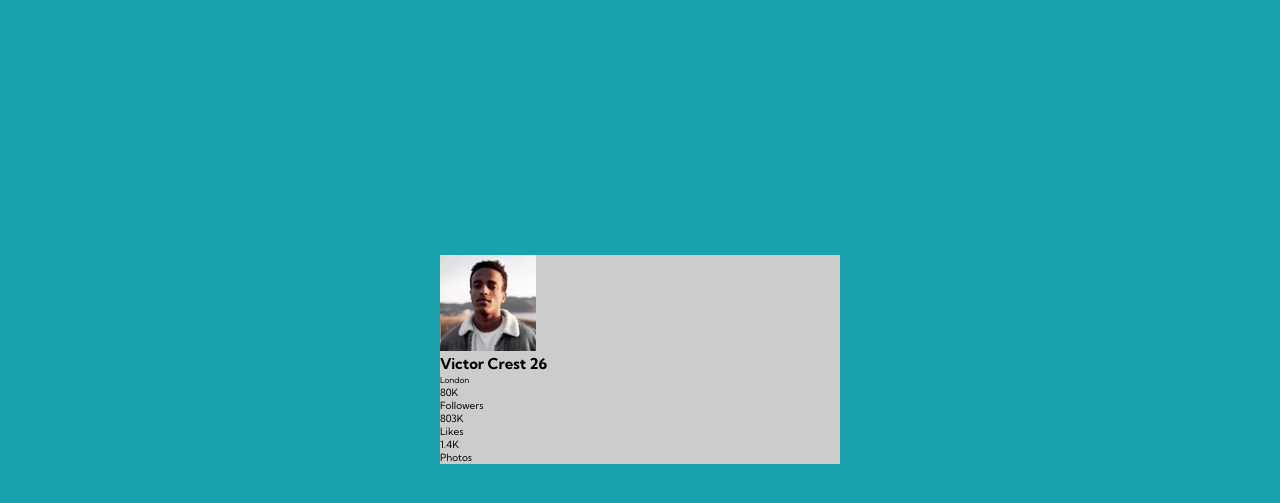
Repository: thaibaocoder1/profile-card-component-main
Page: index.html
An editor plug-in stored every save of this project. The page is shown before and after the next save, followed by the edit.
The browser window is 1280 px wide. The pictures show the whole page.

Above is the page before, as saved 2023-01-11 13:28:02.

### index.html
<!DOCTYPE html>
<html lang="en">
<head>
  <meta charset="UTF-8">
  <meta name="viewport" content="width=device-width, initial-scale=1.0">
  <link rel="icon" type="image/png" sizes="32x32" href="./images/favicon-32x32.png">
  <title>Frontend Mentor | Profile card component</title>
  <link rel="stylesheet" href="./style.css">
  <!-- Feel free to remove these styles or customise in your own stylesheet 👍 -->
  <style>
    .attribution { font-size: 11px; text-align: center; }
    .attribution a { color: hsl(228, 45%, 44%); }
  </style>
</head>
<body>
  <main class="card">
    <section class="card__top">
      <img src="./images/image-victor.jpg" alt="">
    </section>
    <section class="card__bottom">
      <h1 class="card__bottom--heading">Victor Crest <span>26</span></h1>
      <small class="card__bottom--address">London</small>
      <hr>
      <div class="card__bottom--socials">
        <div class="card__bottom--item">
          <p>80K</p>
          <span>Followers</span>
        </div>
        <div class="card__bottom--item">
          <p>803K</p>
          <span>Likes</span>
        </div>
        <div class="card__bottom--item">
          <p>1.4K</p>
          <span>Photos</span>
        </div>
      </div>
    </section>
  </main>
  <!-- <div class="attribution">
    Challenge by <a href="https://www.frontendmentor.io?ref=challenge" target="_blank">Frontend Mentor</a>.
    Coded by <a href="#">Your Name Here</a>.
  </div> -->
</body>
</html>

### style.css
@import url('https://fonts.googleapis.com/css2?family=Kumbh+Sans:wght@400;700&display=swap');
* {
    margin: 0;
    padding: 0;
    box-sizing: border-box;
    border: none;
    outline: none;
}
html {
    font-size: 62.5%;
}
body {
    text-rendering: optimizeLegibility;
    scroll-behavior: smooth;
    font-family: 'Kumbh Sans', sans-serif;
    display: flex;
    align-items: center;
    justify-content: center;
    background-color: var(--dark-cyan);
    height: calc(100vh - 1px)
}
:root {
    --dark-cyan: hsl(185, 75%, 39%);
    --very-dark-blue: hsl(229, 23%, 23%);
    --dark-blue: hsl(227, 10%, 46%);
    --dark-grey: hsl(0, 0%, 59%);
}
.card {
    width: 400px;
    background-color: #ccc;
}
.card__top {

}

After the next save:
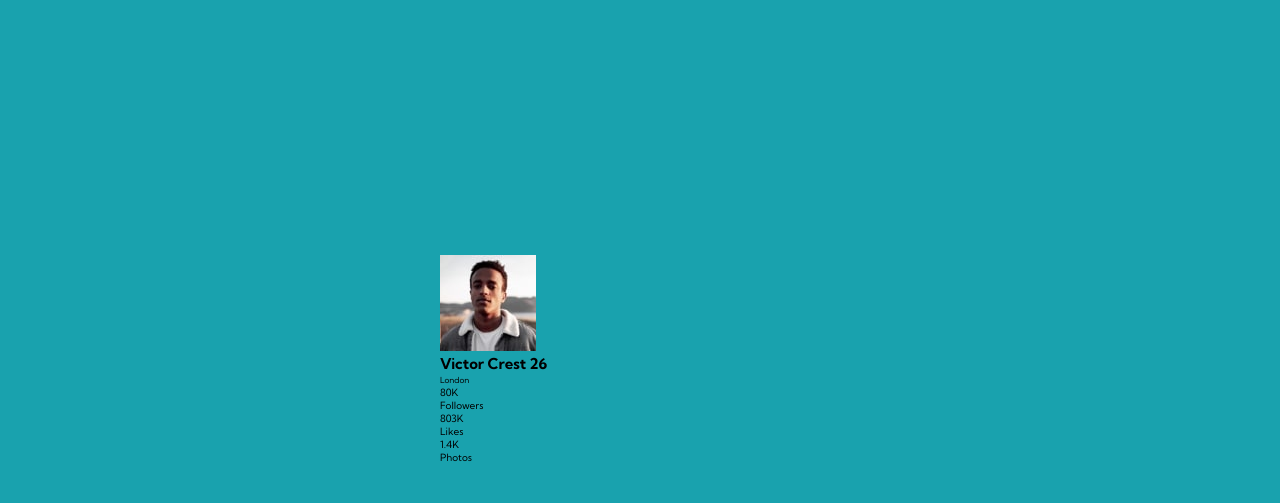
Saved 19 s later.
--- a/style.css
+++ b/style.css
@@ -27,8 +27,5 @@
 }
 .card {
     width: 400px;
-    background-color: #ccc;
+    background-image: linear-gradient(to bottom, );
 }
-.card__top {
-
-}

After the 2 saves that followed:
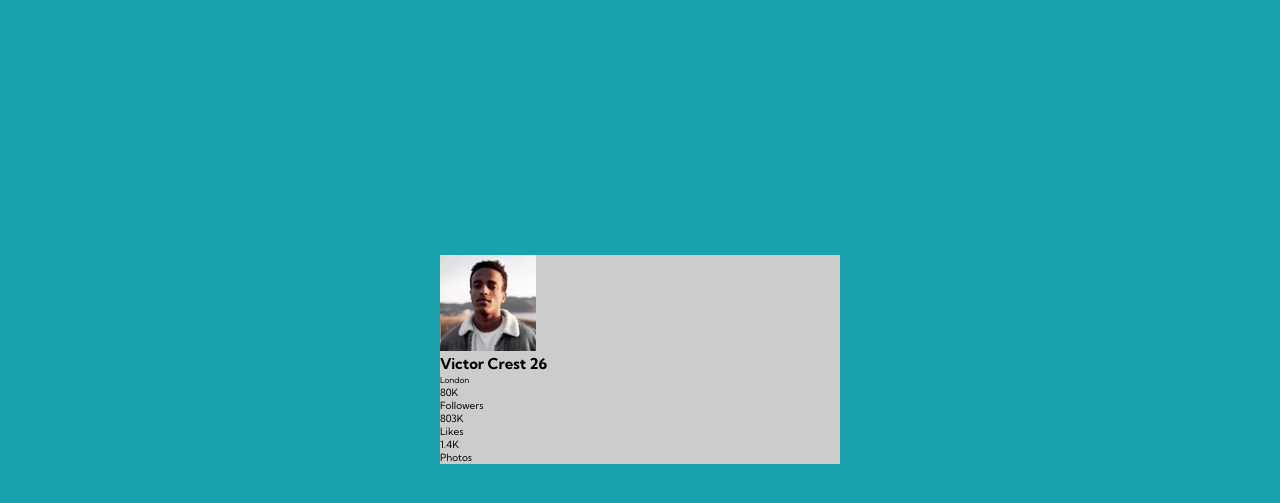
The 2 saves are shown as one change because 1 left the picture as it was.
The last was saved 74 s later.
--- a/style.css
+++ b/style.css
@@ -27,5 +27,5 @@
 }
 .card {
     width: 400px;
-    background-image: linear-gradient(to bottom, );
+    background-color: #ccc;
 }
